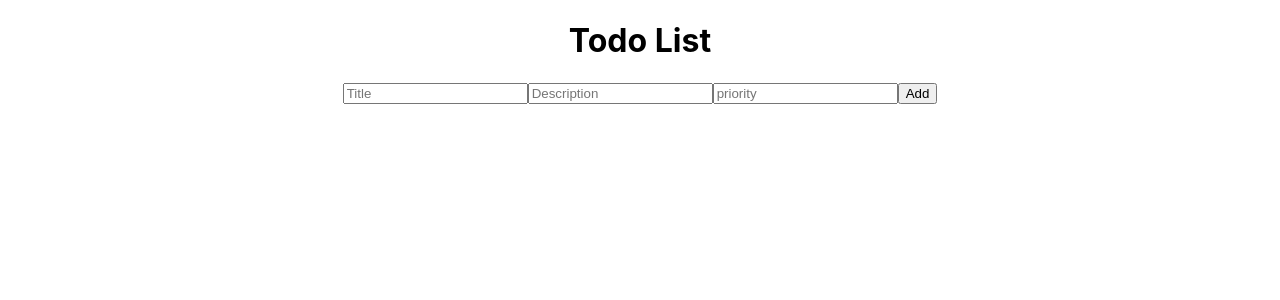
Repository: Juan-Christian-2711/todo
Page: / (app in frontend/)
The author's editor kept a copy of each file at every save. The page is drawn from the files as they stood at one save, then again after a run of saves.
The browser window is 1280 px wide. The pictures show the whole page.
The project was rebuilt for these pictures with package versions that can differ from the ones it lists, and the page was loaded fresh each time.

Above is the page before, as saved 2024-03-29 15:01:24.

After the next 9 saves:
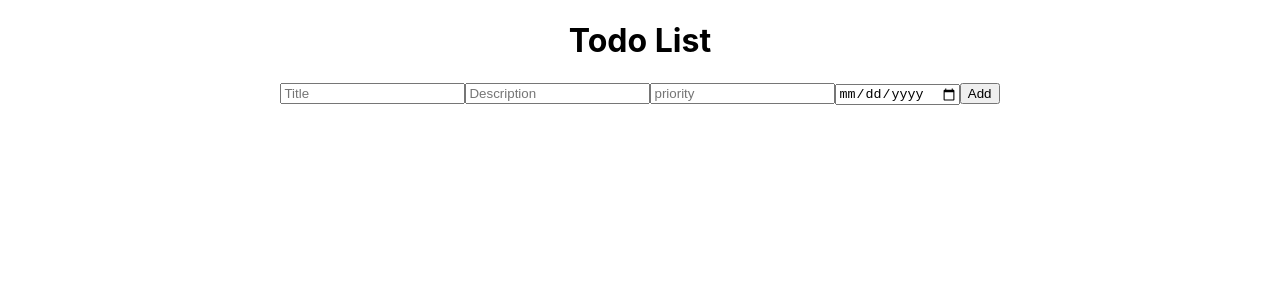
The 9 saves are shown as one change because 1 did not build or start and some came seconds apart.
The last was saved 23 h 45 min later.
--- a/frontend/src/App.js
+++ b/frontend/src/App.js
@@ -34,6 +34,10 @@ function App() {
           placeholder="priority"
           max={5}
         />
+        <input
+          type='date'
+          placeholder='date'
+        />
         <button type="submit">Add</button>
       </form>
       <ul>
